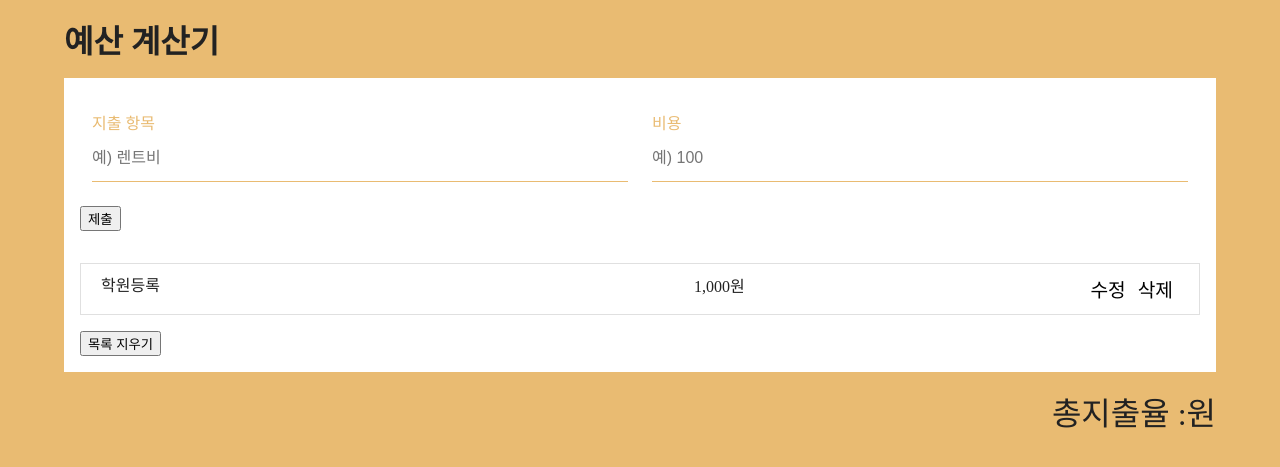
Repository: jongheonleee/budget_calculator
Page: /
The author's editor kept a copy of each file at every save. The page is drawn from the files as they stood at one save, then again after the next save.
The browser window is 1280 px wide. The pictures show the whole page.
The project was rebuilt for these pictures with package versions that can differ from the ones it lists, and the page was loaded fresh each time.

Above is the page before, as saved 2025-02-08 12:48:32.

### src/index.css
:root {
  --primaryColor : #90A959;
  --secondColor : #e9bb72;
  --mainWhite : #fff;
  --mainBlack : #222;
  --mainRed : #C45151;
  --mainGreen : #4CAF50;
}

* {
  margin: 0;
  box-sizing: border-box;
}

body {
  background: var(--secondColor);
  color: var(--mainBlack);
}

h1 {
  margin: 1rem 0;
}

### src/App.js
import { Component } from "react";
import "./App.css";
import ExpenseForm from "./components/ExpenseForm";
import ExpenseList from "./components/ExpenseList";

class App extends Component {

  render() {
    return (
      <main className="main-container">
        <h1>예산 계산기</h1>

        {/* 작성 영역 */}
        <div style={{ width:'100%', backgroundColor : 'white', padding: '1rem'}}>
          <ExpenseForm />
        </div>

        {/* 리스트 영역 */}
        <div style={{ width:'100%', backgroundColor : 'white', padding: '1rem'}}>
          <ExpenseList />
        </div>

        <div style={{ display : 'flex', justifyContent: 'end', marginTop: '1rem'}}>
          <p style={{ fontSize : '2rem'}}>
            총지출율 :
            <span>원</span>
          </p>
        </div>
      </main>
    )
  }
}

export default App;

### src/components/ExpenseForm.js
import React, { Component } from 'react'
import './ExpenseForm.css';

export class ExpenseForm extends Component {

    render() {
        return (
        <form>
            <div>
                <div className='form-center'>
                    <div className='form-group'>
                        <label htmlFor='charge'> 지출 항목 </label>
                        <input
                            type='text'
                            className='form-control'
                            id='charge'
                            name='charge'
                            placeholder='예) 렌트비'
                        />
                    </div>
                    <div className='form-group'>
                        <label htmlFor='amount'> 비용 </label>
                        <input
                            type='number'
                            className='form-control'
                            id='amount'
                            name='amount'
                            placeholder='예) 100'
                        />

                    </div>
                </div>
            </div>

            <button tpye='submit' className='btn'>
                제출
            </button>
        </form>
    )
  }
}

export default ExpenseForm

### src/components/ExpenseList.js
import React, { Component } from 'react'
import './ExpenseList.css'
import ExpenseItem from './ExpenseItem'

export class ExpenseList extends Component {
  render() {
    return (
      <>
        <ul className='list'>
            {/* Expense Item */}
            <ExpenseItem />
        </ul>
        <button className='btn'>
            목록 지우기
        </button>
      </>
    )
  }
}

export default ExpenseList

### src/components/ExpenseForm.css
.form-center {
    display: flex;
}

.form-group {
    padding : 1rem 0.75rem;
    flex : 1;
}

label {
    display: block;
    color : var(--secondColor);
    font-size : 1rem;
    text-transform: capitalize;
}

.form-control {
    background-color: transparent;
    border: none;
    border-bottom: 1px solid var(--secondColor);
    outline: none;
    height: 3rem;
    width: 100%;
    font-size : 16px;
    margin: 0 0 8px 0;
    padding : 0;
}

### src/components/ExpenseList.css
.list {
    list-style-type: none;
    border : none;
    padding: 0;
}

### src/components/ExpenseItem.js
import React, { Component } from 'react'
import './ExpenseItem.css'

export class ExpenseItem extends Component {
  render() {
    return (
      <li className='item'>
        <div className='info'>
          <span className='expense'>학원등록</span>
          <span className='amount'> 1,000원 </span>
        </div>

        <div>
          <button className='edit-btn'>수정</button>
          <button className='clear-btn'>삭제</button>
        </div>
      </li>
    )
  }
}

export default ExpenseItem

### src/components/ExpenseItem.css
.item {
    background-color: var(--mainWhite);
    line-height: 1.5rem;
    padding: 10px 20px;
    margin-bottom: 1rem;
    border : 1px solid #e0e0e0;
    display: flex;
    justify-content: space-between;
    transition:all 0.3s linear;
}

.item:hover {
    width: 100%;
    transform: scale(1.02);
}

.info {
    flex : 0 0 60%;
    display: flex;
    justify-content: space-between;
}

.expense {
    margin-right: 2rem;
}

.amount {
    font-weight: 300;
    font-size : 1rem;
    padding : 1px 3px;
}

.clear-btn,
.edit-btn {
    background: none;
    border: none;
    font-size : 1.2rem;
    outline: none;
    cursor: pointer;
}

Loaded but not shown: public/index.html (common file); src/index.js (common file); src/reportWebVitals.js (common file); src/App.css (common file)

After the next save:
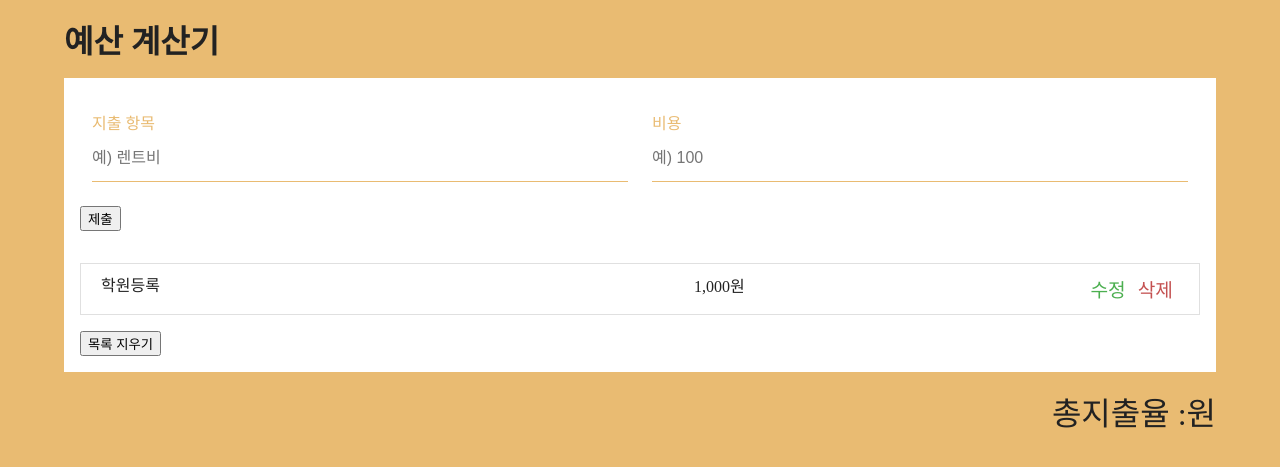
Saved 51 s later.
--- a/src/components/ExpenseItem.css
+++ b/src/components/ExpenseItem.css
@@ -38,3 +38,11 @@
     outline: none;
     cursor: pointer;
 }
+
+.clear-btn {
+    color : var(--mainRed);
+}
+
+.edit-btn {
+    color : var(--mainGreen);
+}
